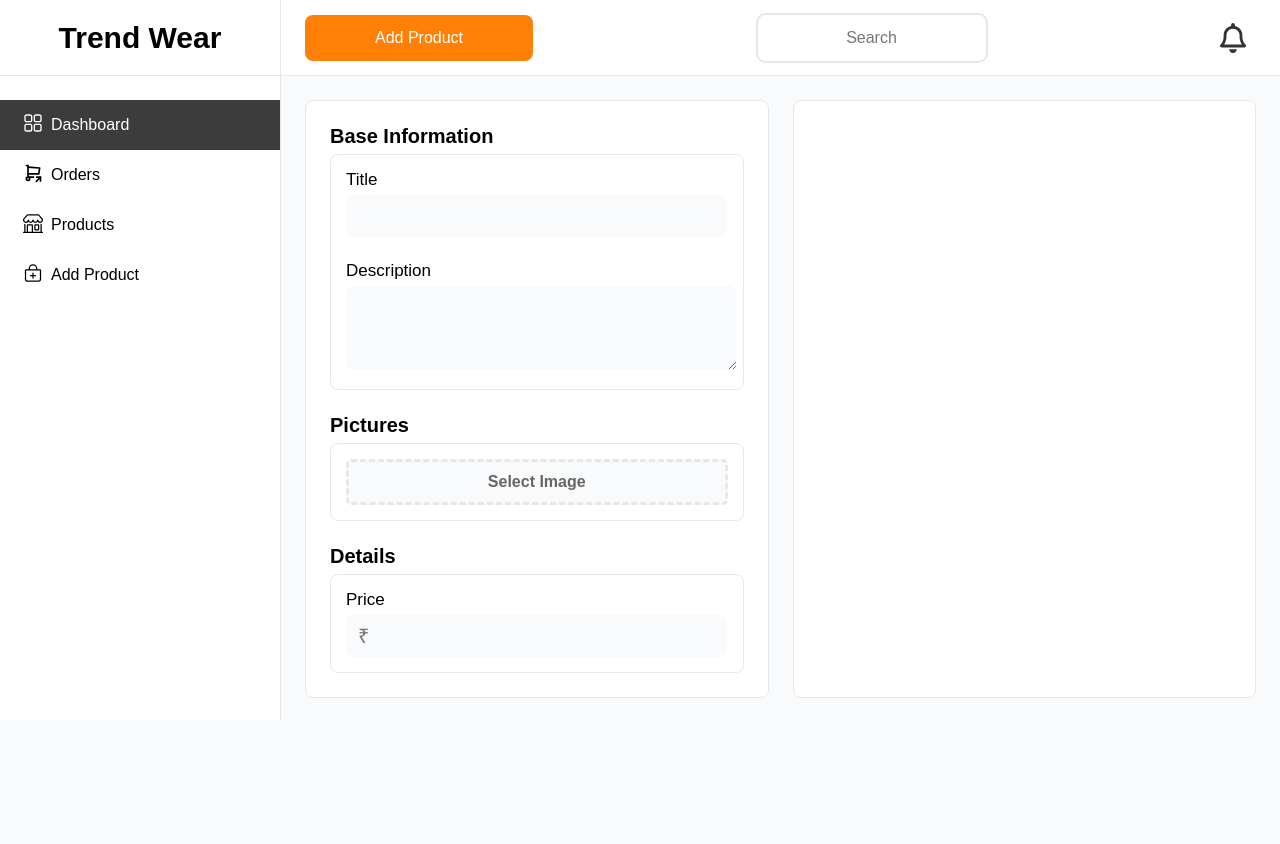
Repository: ahmad-dev7/TrendWear
Page: / (app in trend_wear_dashboard/)
These files come from the project's save history. The page is drawn as it stood at one moment and after the next save; the edit follows.
The browser window is 1280 px wide. The pictures show the whole page.
The project was rebuilt for these pictures with package versions that can differ from the ones it lists, and the page was loaded fresh each time. Also part of the build but not shown: trend_wear_dashboard/vite.config.ts.

Above is the page before, as saved 2025-01-20 11:36:14.

After the next save:
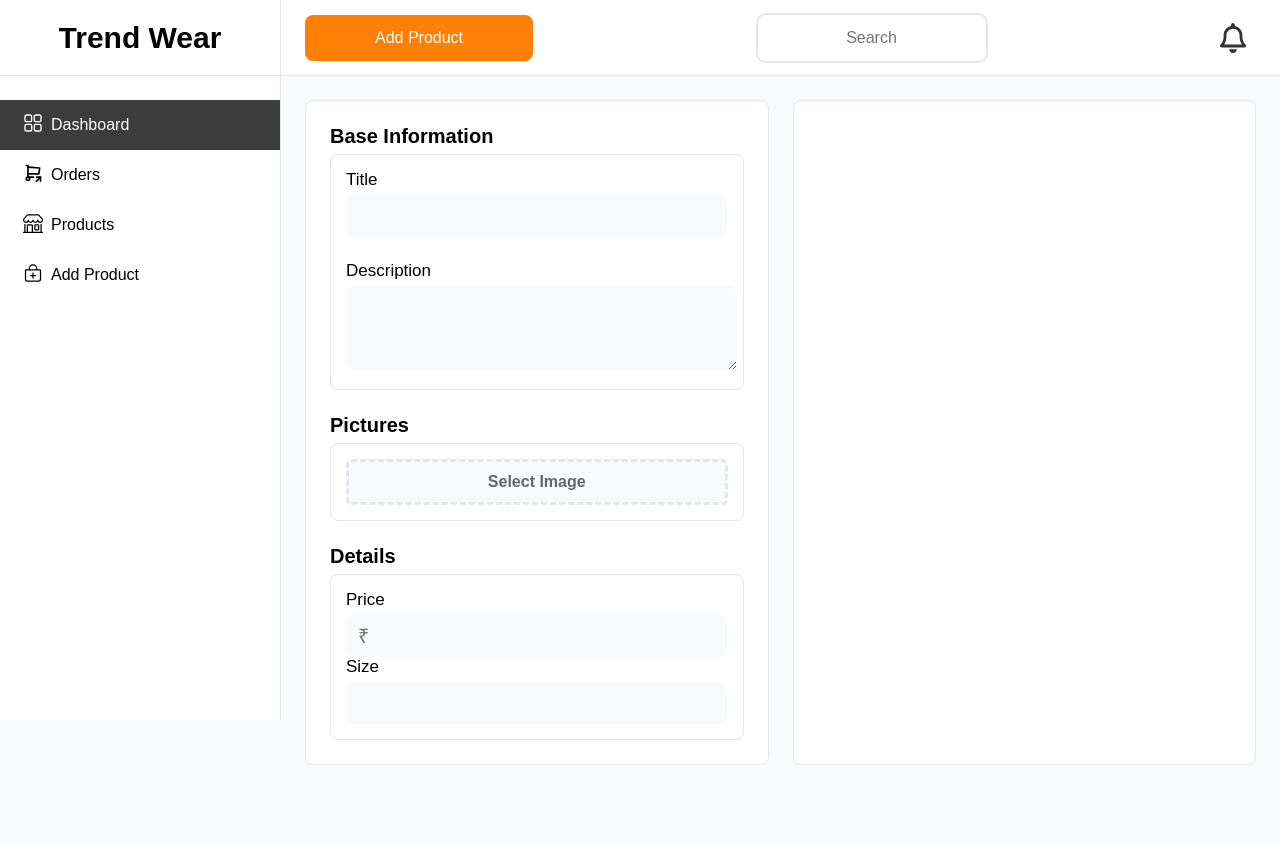
Saved 60 s later.
--- a/trend_wear_dashboard/src/Components/AddProduct/ProductDetails.tsx
+++ b/trend_wear_dashboard/src/Components/AddProduct/ProductDetails.tsx
@@ -22,6 +22,7 @@ const ProductDetails = () => {
         <Spacer height="24px" />
         <DetailsSectionContainer heading="Details">
           <LabeledInputField placeHolder="₹">Price</LabeledInputField>
+          <LabeledInputField>Size</LabeledInputField>
         </DetailsSectionContainer>
       </div>
     </>
